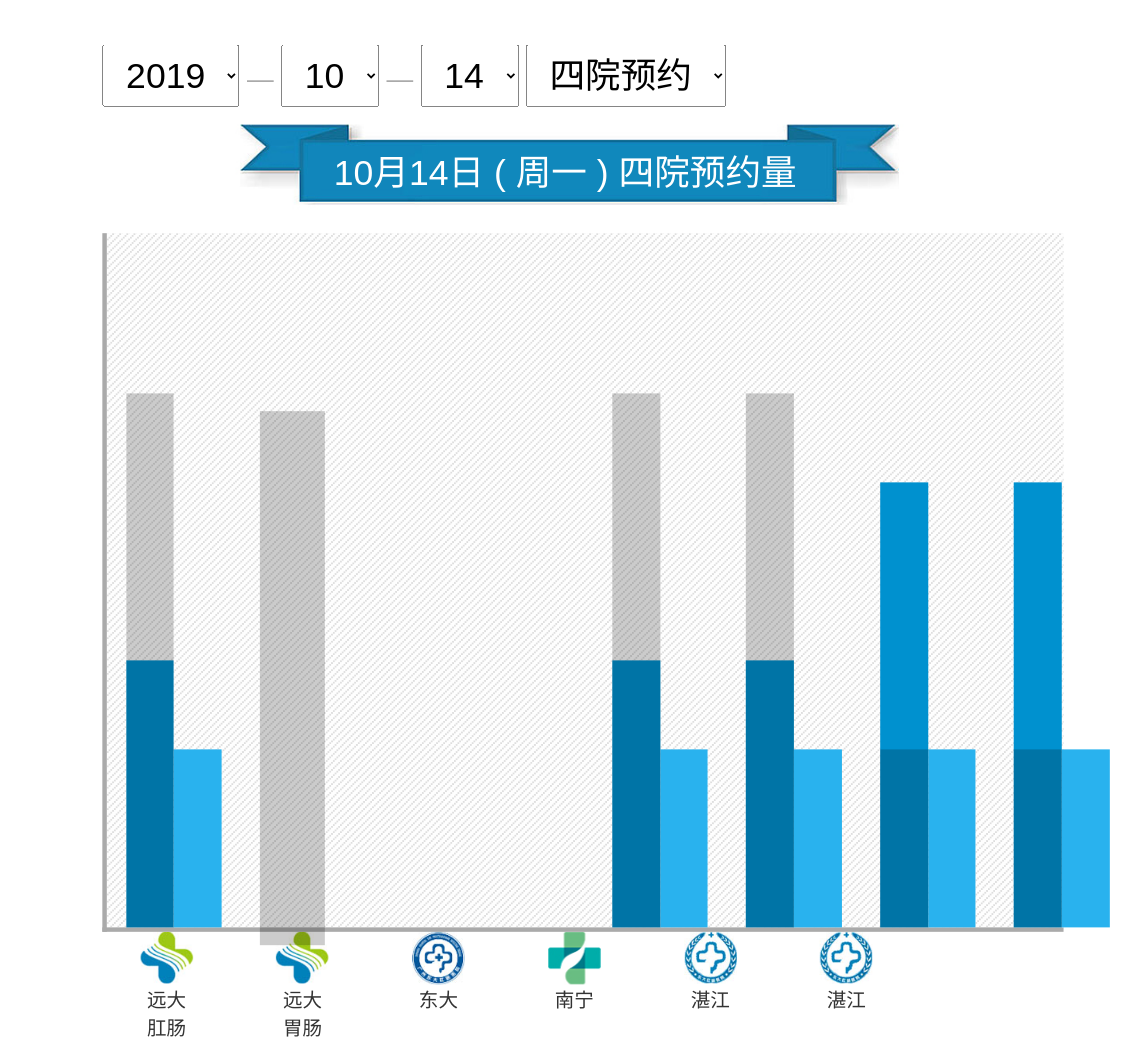
Repository: jerryyan/project
Page: http://localhost/m/index.php
These files come from the project's save history. The page is drawn as it stood at one moment and after the next save; the edit follows.
The browser window is 1280 px wide. The pictures show the whole page, at 89% of full size.
The page is run by PHP 8.4 with error messages shown; the project is at /var/www/html/. The session is filled in as if someone had signed in: {"name": "admin"}.

Above is the page before, as saved 2019-10-14 15:49:43.

After the next save:
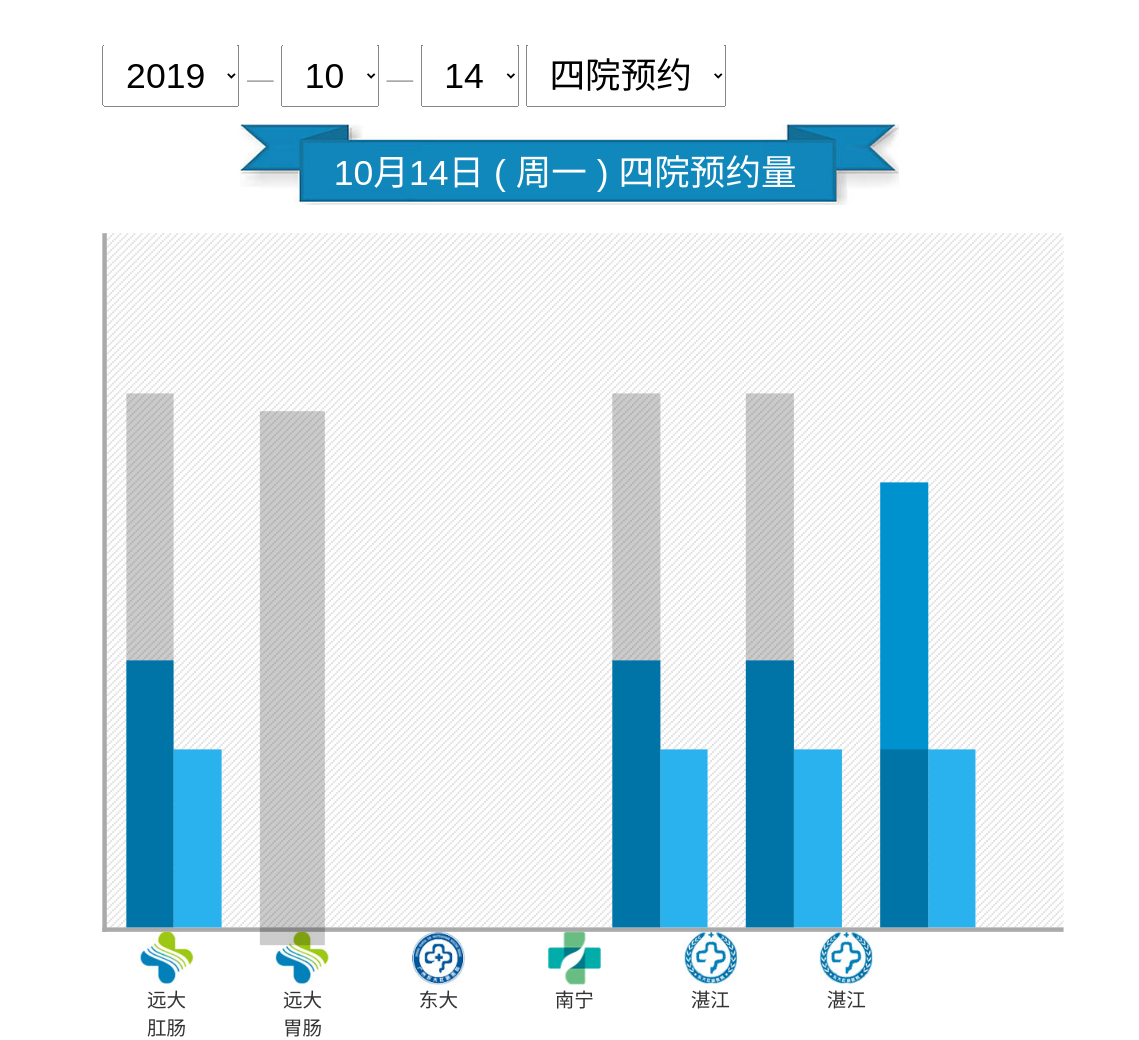
Saved 3 min 27 s later.
--- a/m/index.php
+++ b/m/index.php
@@ -73,11 +73,11 @@
                 <div class="zj_2"><span></span></div>
                 <div class="zj_3"><span></span></div>
             </div>
-            <div class="zj" style="margin-left:72%">
+            <!-- <div class="zj" style="margin-left:72%">
                 <div class="zj_1"><span></span></div>
                 <div class="zj_2"><span></span></div>
                 <div class="zj_3"><span></span></div>
-            </div>
+            </div> -->
         </div>
 
         <div class="logo">
